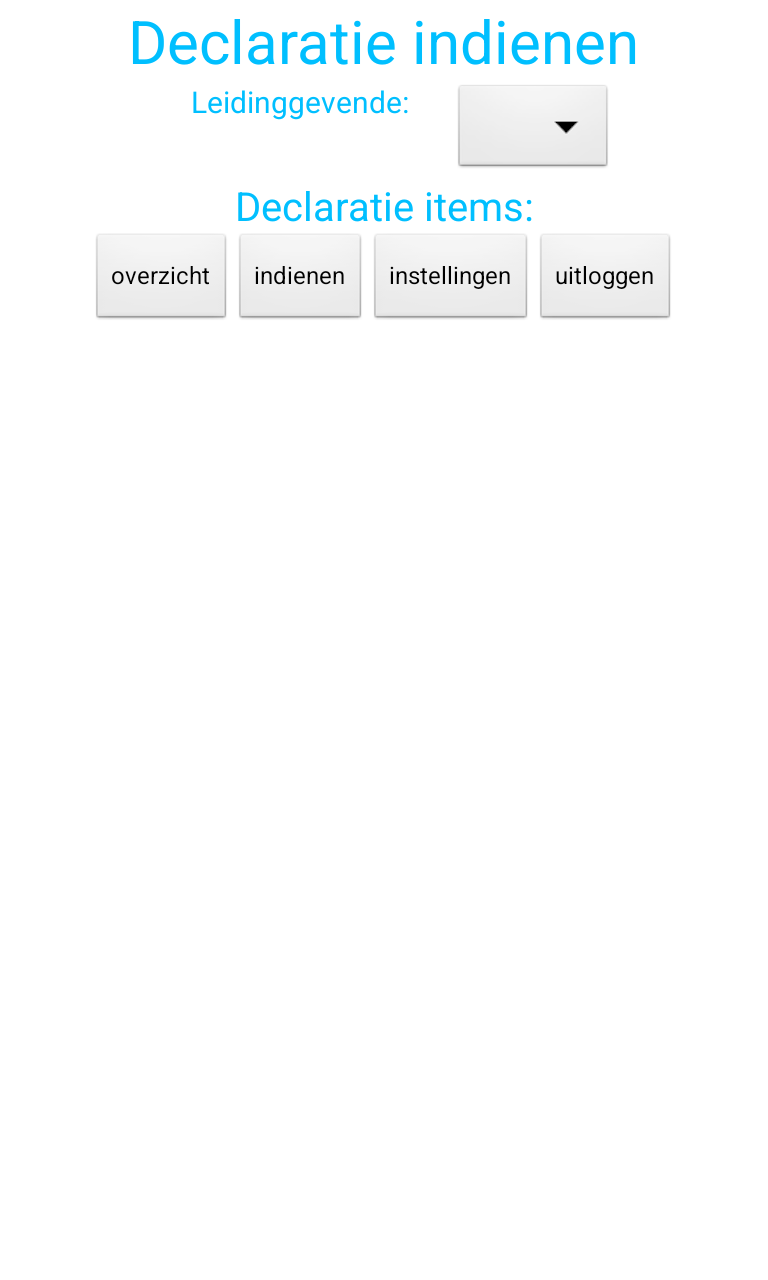
Repository: alexanderbolhuis/ilmoitus_mobile
Layout: LoginActivity/res/layout/activity_declare.xml
These files come from the project's save history. The layout is drawn as it stood at one moment and after the next save; the edit follows.
It is drawn on a 768 x 1280 px phone screen (xhdpi) without system bars, with theme AppTheme; the app's code is not run. Lists and similar views that code fills are empty.

Above is the layout before, as saved 2014-05-04 19:33:31.

### LoginActivity/res/layout/activity_declare.xml
<?xml version="1.0" encoding="utf-8"?>
<LinearLayout xmlns:android="http://schemas.android.com/apk/res/android"
    xmlns:tools="http://schemas.android.com/tools"
    android:layout_width="fill_parent"
    android:layout_height="fill_parent"
    android:orientation="vertical"
    tools:ignore="all" >

    <TextView
        android:id="@+id/person_title"
        android:layout_width="wrap_content"
        android:layout_height="wrap_content"
        android:layout_gravity="center_horizontal"
        android:text="Declaratie indienen"
        android:textColor="#00BFFF"
        android:textSize="30dp" />

    <TableLayout
        android:layout_width="fill_parent"
        android:layout_height="wrap_content"
        android:orientation="vertical" >

        <TableRow
            android:id="@+id/tableRow1"
            android:layout_width="match_parent"
            android:layout_height="wrap_content"
            android:gravity="center_horizontal" >

            <TextView
                android:layout_width="match_parent"
                android:layout_height="wrap_content"
                android:text="Leidinggevende: "
                android:textColor="#00BFFF"
                android:textSize="15dp"
                android:gravity="center"/>

            <Spinner
                android:id="@+id/spinner1"
                android:layout_width="match_parent"
		        android:layout_height="wrap_content"
                android:gravity="center"
                android:prompt="@string/prompt_spinner"
                android:width="10px" />
        </TableRow>

        <TableRow
            android:id="@+id/tableRow2"
            android:layout_width="match_parent"
            android:layout_height="wrap_content"
            android:gravity="center_horizontal">

            <TextView
		        android:layout_width="match_parent"
		        android:layout_height="wrap_content"
		        android:text="Declaratie items:"
		        android:textColor="#00BFFF"
		        android:gravity="center"
		        android:textSize="20dp" />
       </TableRow>

	</TableLayout>

    <LinearLayout
        android:layout_width="match_parent"
        android:layout_height="wrap_content"
        android:gravity="center" >

        <!-- TODO: make icons for the buttons -->

        <Button
            android:id="@+id/buttonOvervieuw"
            android:layout_width="wrap_content"
            android:layout_height="wrap_content"
            android:onClick="onButtonClick"
            android:text="@string/overvieuw"
            android:textSize="12sp" />

        <Button
            android:id="@+id/buttonDeclare"
            android:layout_width="wrap_content"
            android:layout_height="wrap_content"
            android:onClick="onDeclareButtonClick"
            android:text="@string/declare"
            android:textSize="12sp" />

        <Button
            android:id="@+id/buttonSetting"
            android:layout_width="wrap_content"
            android:layout_height="wrap_content"
            android:onClick="onButtonClick"
            android:text="@string/settings"
            android:textSize="12sp" />

        <Button
            android:id="@+id/buttonLogout"
            android:layout_width="wrap_content"
            android:layout_height="wrap_content"
            android:onClick="onButtonClick"
            android:text="@string/log_out"
            android:textSize="12sp" />
    </LinearLayout>

</LinearLayout>

### LoginActivity/res/values/styles.xml
<?xml version="1.0" encoding="utf-8"?>
<resources>

    <!--
Base application theme, dependent on API level. This theme is replaced
by AppBaseTheme from res/values-vXX/styles.xml on newer devices.

-->
    <style name="AppBaseTheme" parent="android:Theme.Light">
        <!--
Theme customizations available in newer API levels can go in
res/values-vXX/styles.xml, while customizations related to
backward-compatibility can go here.

-->
    </style>

    <!-- Application theme. -->
    <style name="AppTheme" parent="android:Theme.Light">
        <!-- All customizations that are NOT specific to a particular API-level can go here. -->
    </style>

    <style name="LoginFormContainer">
        <item name="android:layout_width">match_parent</item>
        <item name="android:layout_height">wrap_content</item>
        <item name="android:padding">16dp</item>
    </style>
    <color name="coloredText">#0000FF</color>
    <color name="background">#FFFFFF</color>

</resources>

### LoginActivity/res/values/strings.xml
<?xml version="1.0" encoding="utf-8"?>
<resources>

    <string name="app_name">Ilmoitus</string>
    <string name="action_settings">Settings</string>
    <string name="hello_world">Hello world!</string>
    <string name="declare">indienen</string>
    <string name="log_out">uitloggen</string>
    <string name="overvieuw">overzicht</string>
    <string name="settings">instellingen</string>
    <string name="title_activity_declare">DeclareActivity</string>
    <string name="title_activity_declare_item">DeclareItemActivity</string>

    <string name="prompt_spinner"></string>

</resources>

After the next save:
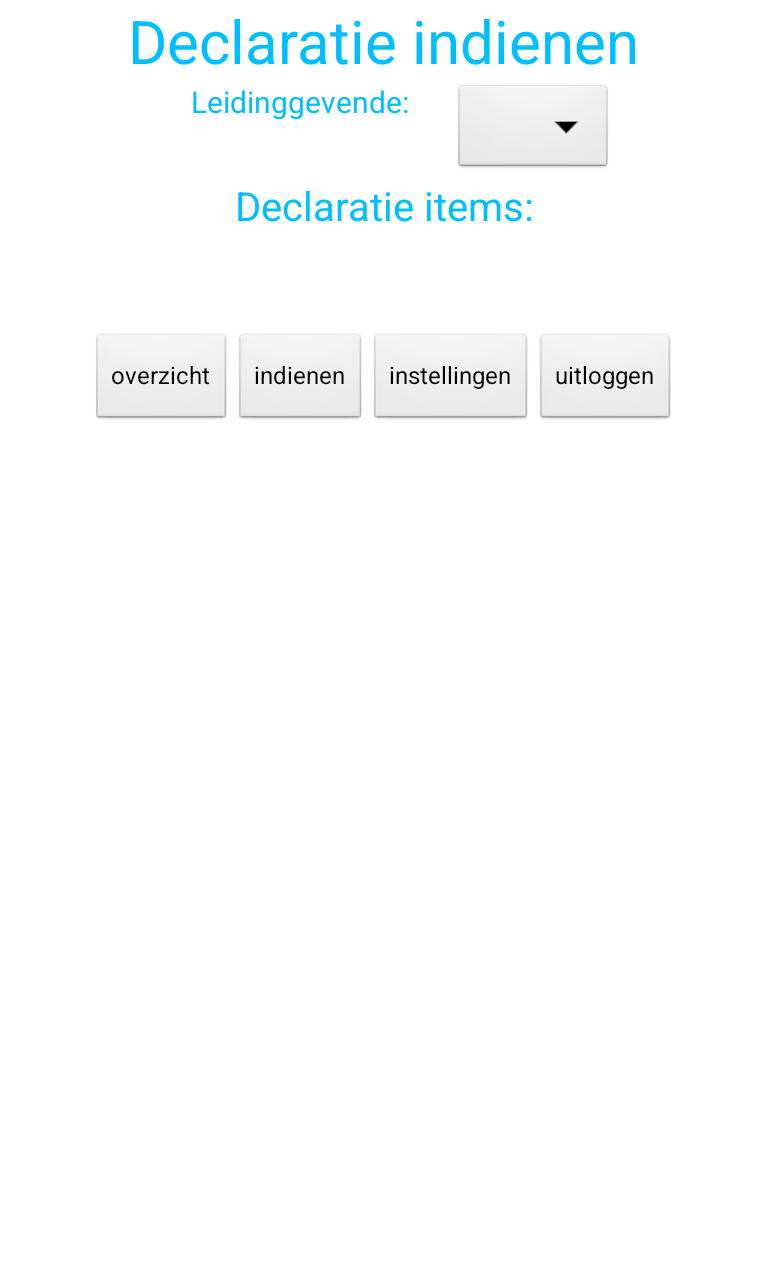
Saved 13 min 1 s later.
--- a/LoginActivity/res/layout/activity_declare.xml
+++ b/LoginActivity/res/layout/activity_declare.xml
@@ -58,6 +58,14 @@
 		        android:textSize="20dp" />
        </TableRow>
 
+       <ListView
+        android:id="@+id/list"
+        android:layout_width="match_parent"
+        android:layout_height="0dp"
+        android:layout_weight="1"
+        android:layout_marginTop="50dp"
+        android:gravity="center" />
+
 	</TableLayout>
 
     <LinearLayout
